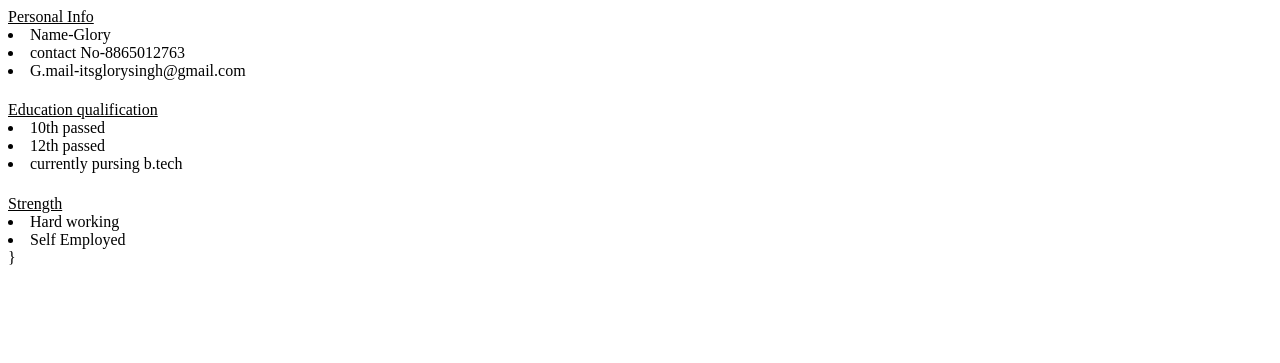
Repository: Glory998/ELCE1-32
Page: resume.html
An editor plug-in stored every save of this project. The page is shown before and after the next save, followed by the edit.
The browser window is 1280 px wide. The pictures show the whole page.

Above is the page before, as saved 2025-11-28 12:11:29.

After the next save:
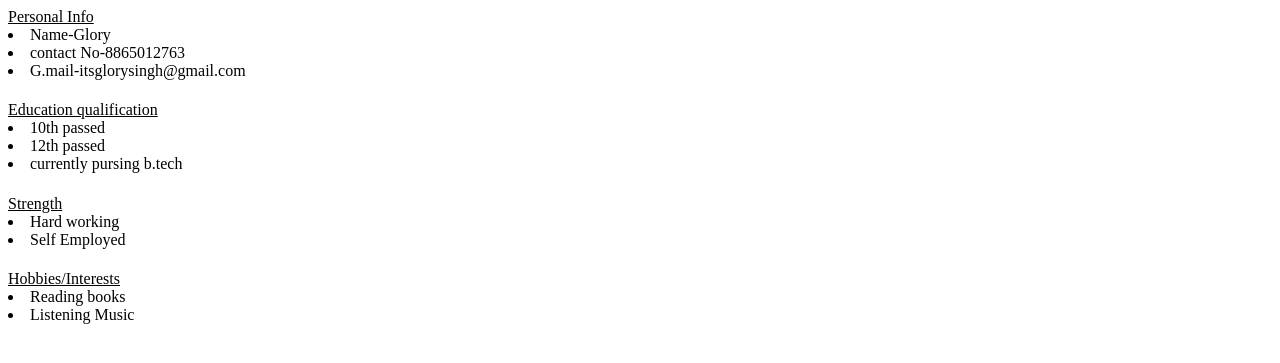
Saved 2 min 22 s later.
--- a/resume.html
+++ b/resume.html
@@ -18,6 +18,9 @@
 <li>Hard working</li>
 <li> Self Employed</li>
 
-        }
+        <h1 style="color:blueviolet"></h1><u>Hobbies/Interests</u></h1>
+        <li>Reading books</li>
+        <li>Listening Music</li>
+
     </head>
 </html>
